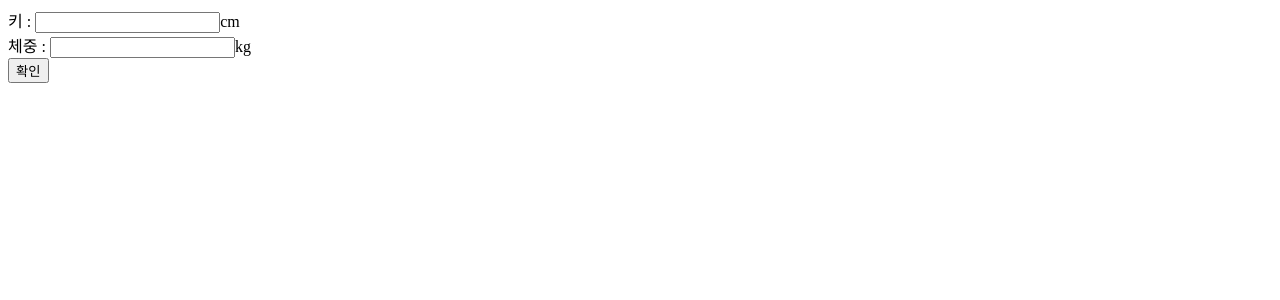
Repository: limbbbyoung/JSP_practice
Page: http://localhost/JSPbasic/jspobject/request/req_user_form.jsp
The author's editor kept a copy of each file at every save. The page is drawn from the files as they stood at one save, then again after the next save.
The browser window is 1280 px wide. The pictures show the whole page.
The page is served by Tomcat 9.

Above is the page before, as saved 2022-03-25 10:08:22.

After the next save:
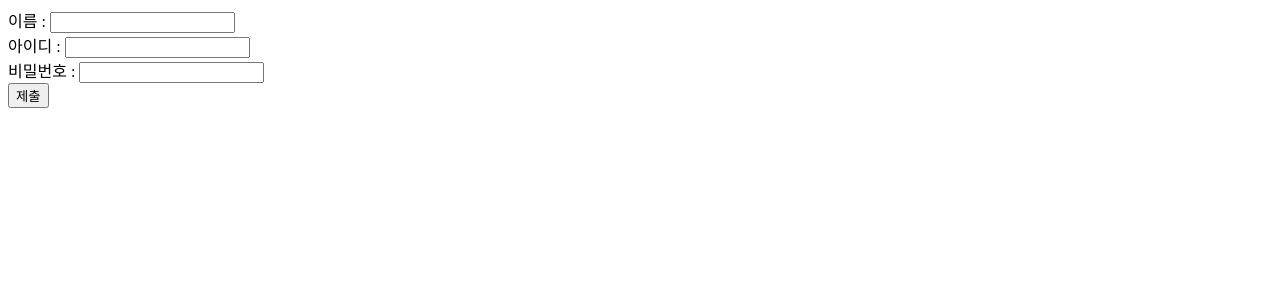
Saved 5 min 11 s later.
--- a/JSPbasic/src/main/webapp/jspobject/request/req_user_form.jsp
+++ b/JSPbasic/src/main/webapp/jspobject/request/req_user_form.jsp
@@ -7,11 +7,17 @@
 <title>Insert title here</title>
 </head>
 <body>
+<%-- 현재 파일인 req_user_form.jsp에 폼 태그를 만들어보겠습니다.
+     목적지는 함께 req_user.jsp 파일입니다. post방식으로 데이터를 전달합니다.
+     먼저 이름, 아이디, 비밀번호를 입력해 보낼 수 있는 input태그를 만들어주세요.
+     각 태그의 name 속성은 uname, uid, upw 입니다.
+     데이터를 받아주는 req_user.jsp에서 한글이 깨지지 않도록 받아서 화면에 출력해주세요. --%>
 
-       <form action="http://localhost:8181/JSPbasic/jspobject/request/req_bmi.jsp" method="get">
-     키 : <input type="number" name="cm">cm<br/>
-     체중 : <input type="number" name="kg">kg<br/>
-     <input type="submit" value="확인">
+     <form action="" method="post">
+     이름 : <input type="text" name="uname"><br/>
+     아이디 : <input type="text" name="uid"><br/>
+     비밀번호 : <input type="password" name="upw"><br/>
+     <input type="submit" value="제출">
      </form>
 </body>
 </html>
